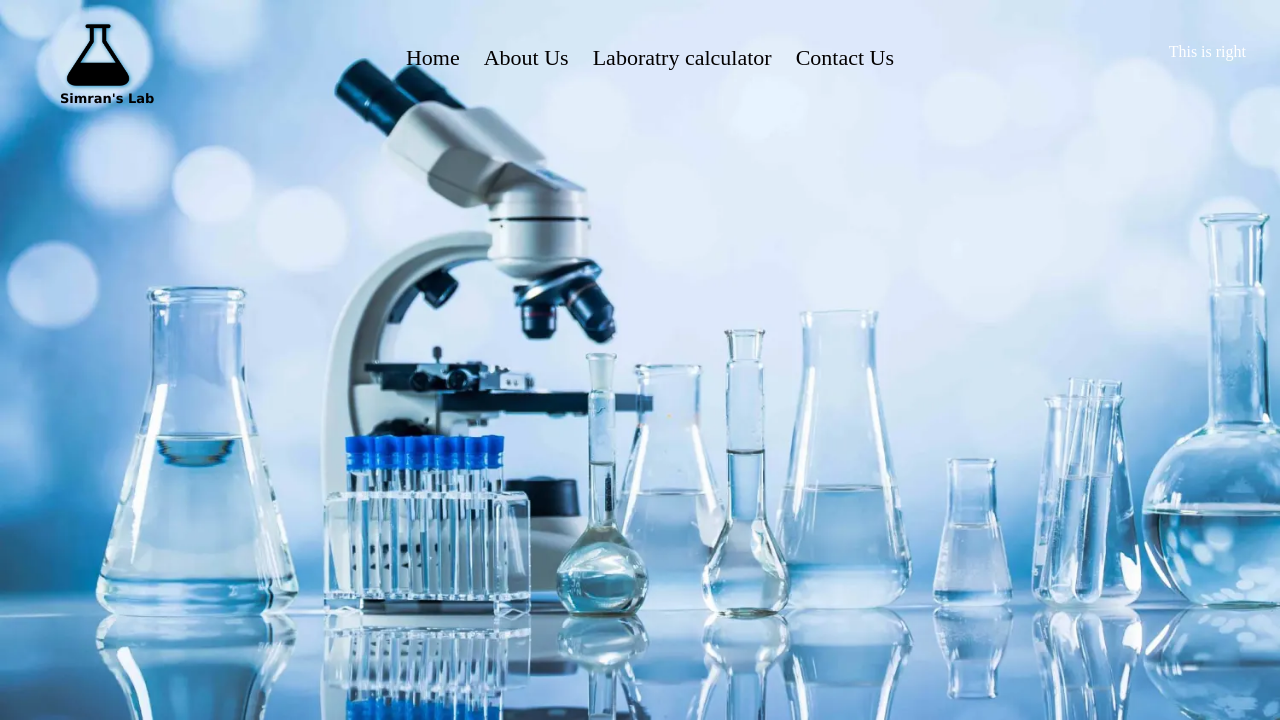
Repository: raisingh22/Simranlearning
Page: html css java/website/index.html
An editor plug-in stored every save of this project. The page is shown before and after the next save, followed by the edit.
The browser window is 1280 px wide. The pictures show the whole page.

Above is the page before, as saved 2024-01-01 18:56:10.

After the next save:
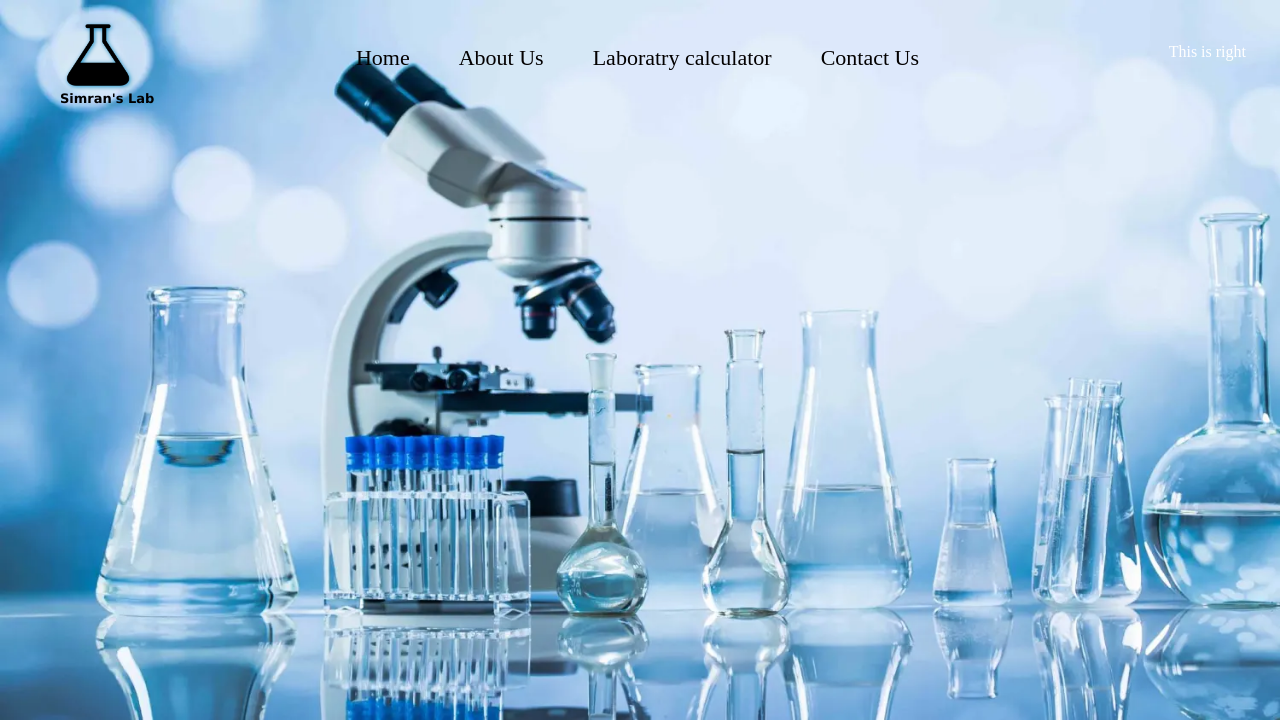
Saved 6 s later.
--- a/html css java/website/index.html
+++ b/html css java/website/index.html
@@ -61,7 +61,7 @@
     .navbar li{
         display: inline-block;
         font-size: 22px;
-        margin-right: 20px;
+        margin-right: 45px;
         /* border: 1px solid rgb(214, 161, 161); */
     }
     .navbar li a{
